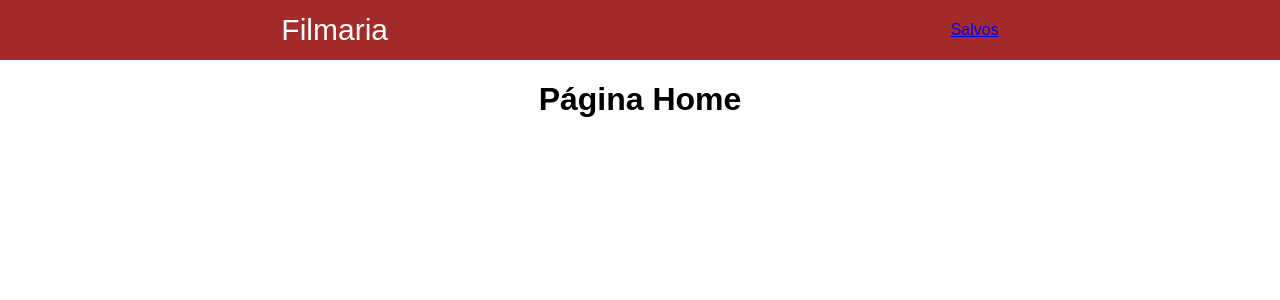
Repository: joaoaspimienta/Projeto-Filmaria
Page: /
The author's editor kept a copy of each file at every save. The page is drawn from the files as they stood at one save, then again after the next save.
The browser window is 1280 px wide. The pictures show the whole page.
The project was rebuilt for these pictures with package versions that can differ from the ones it lists, and the page was loaded fresh each time.

Above is the page before, as saved 2022-02-28 18:22:24.

After the next save:
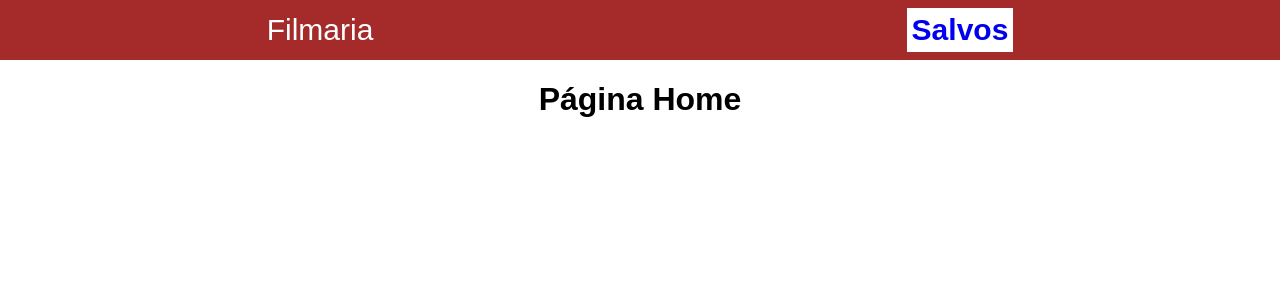
Saved 24 s later.
--- a/src/components/Header/header.css
+++ b/src/components/Header/header.css
@@ -13,3 +13,12 @@ header {
   color: white;
   cursor: pointer;
 }
+
+.favoritos {
+  text-decoration: none;
+  font-size: 30px;
+  background-color: white;
+  cursor: pointer;
+  padding: 5px;
+  font-weight: bold;
+}
